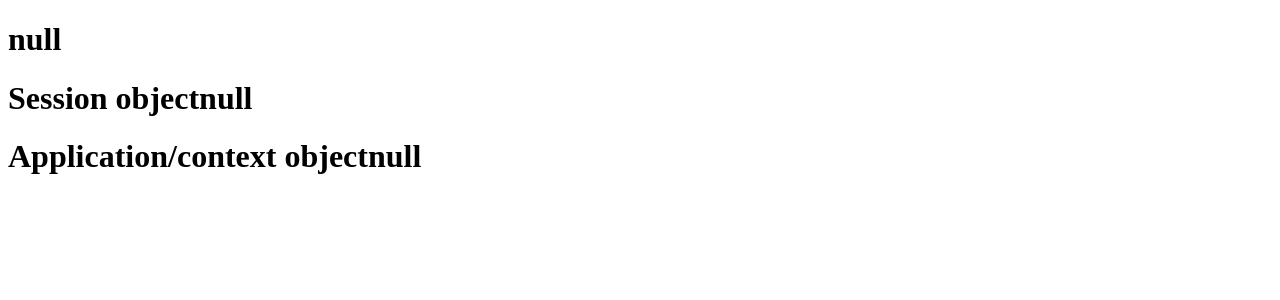
Repository: edwinisnow/jsp-servlets-demo
Page: http://localhost/SimpleServletProject/object.jsp
An editor plug-in stored every save of this project. The page is shown before and after the next save, followed by the edit.
The browser window is 1280 px wide. The pictures show the whole page.
The page is served by Tomcat 9.

Above is the page before, as saved 2024-05-06 22:07:51.

### SimpleServletProject/src/main/webapp/object.jsp
<%@ page language="java" contentType="text/html; charset=UTF-8"
    pageEncoding="UTF-8"%>
<!DOCTYPE html>
<html>
<head>
<meta charset="UTF-8">
<title>Insert title here</title>
</head>
<body>
<%
	String userName = request.getParameter("name");
	if(userName != null){
		session.setAttribute("sessionUserName", userName);
		application.setAttribute("applicationUserName", userName);
	}

%>
<h1><%=userName %></h1>
<h1>Session object<%=session.getAttribute("sessionUserName") %></h1>
<h1>Application/context object<%=application.getAttribute("applicationUserName") %></h1>
</body>
</html>

After the next save:
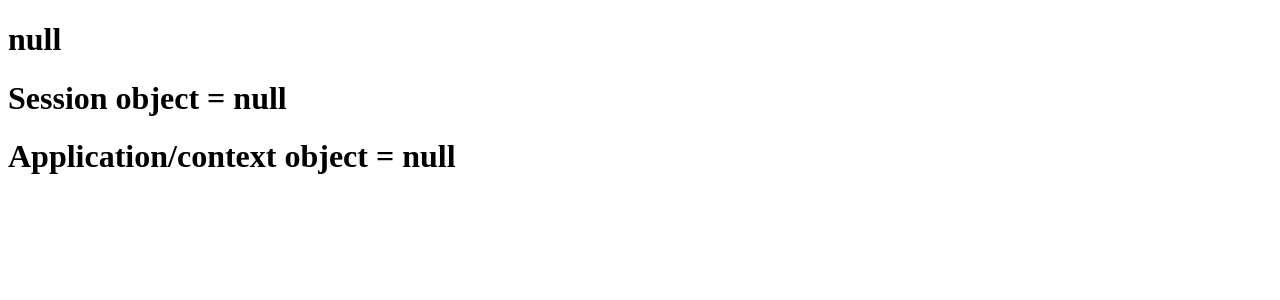
Saved 28 s later.
--- a/SimpleServletProject/src/main/webapp/object.jsp
+++ b/SimpleServletProject/src/main/webapp/object.jsp
@@ -16,7 +16,7 @@
 
 %>
 <h1><%=userName %></h1>
-<h1>Session object<%=session.getAttribute("sessionUserName") %></h1>
-<h1>Application/context object<%=application.getAttribute("applicationUserName") %></h1>
+<h1>Session object = <%=session.getAttribute("sessionUserName") %></h1>
+<h1>Application/context object = <%=application.getAttribute("applicationUserName") %></h1>
 </body>
 </html>
